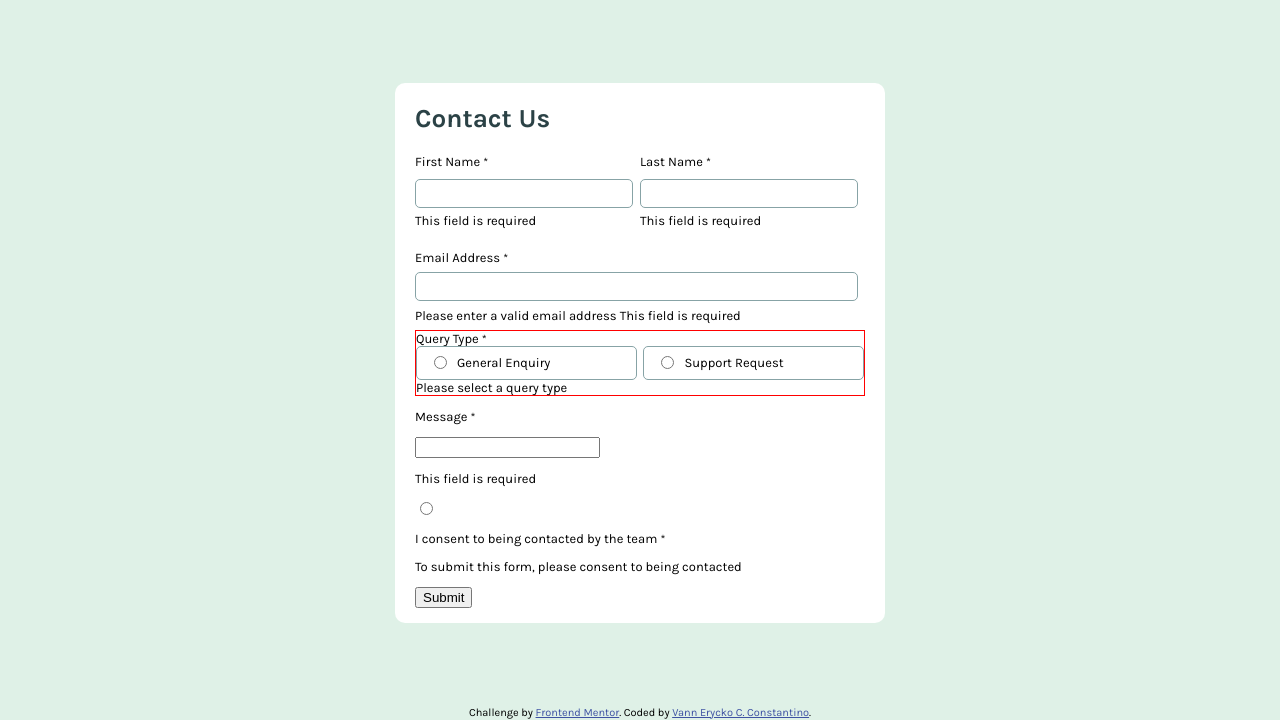
Repository: kocokoy/contact-form
Page: contact-form-main/index.html
An editor plug-in stored every save of this project. The page is shown before and after the next save, followed by the edit.
The browser window is 1280 px wide. The pictures show the whole page.

Above is the page before, as saved 2024-10-24 10:20:08.

After the next save:
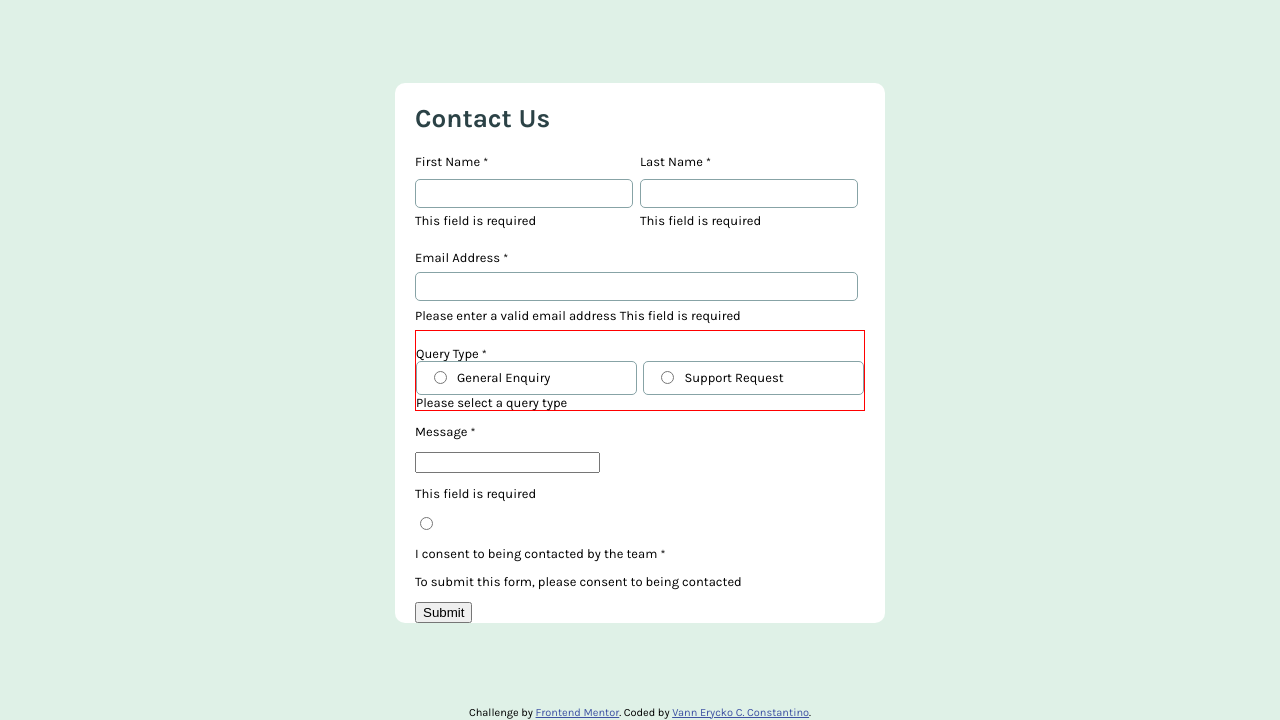
Saved 9 s later.
--- a/contact-form-main/styles/style.css
+++ b/contact-form-main/styles/style.css
@@ -89,6 +89,7 @@ span {
 }
 
 .query-type-section{
+  padding-top: 15px;
   border: 1px solid red;
   display: flex;
   flex-direction: column;
